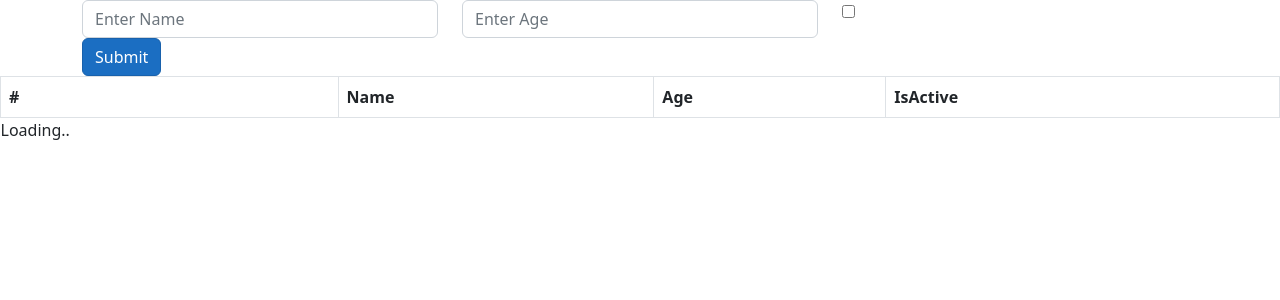
Repository: huiyyee/sample-crud
Page: / (app in sample-crud/ClientApp/)
These files come from the project's save history. The page is drawn as it stood at one moment and after the next save; the edit follows.
The browser window is 1280 px wide. The pictures show the whole page.
The page's requests for data from a server got no answer. The project was rebuilt for these pictures with package versions that can differ from the ones it lists, and the page was loaded fresh each time. No one was signed in, and anything a server would have sent is missing.

Above is the page before, as saved 2024-09-06 15:26:36.

After the next save:
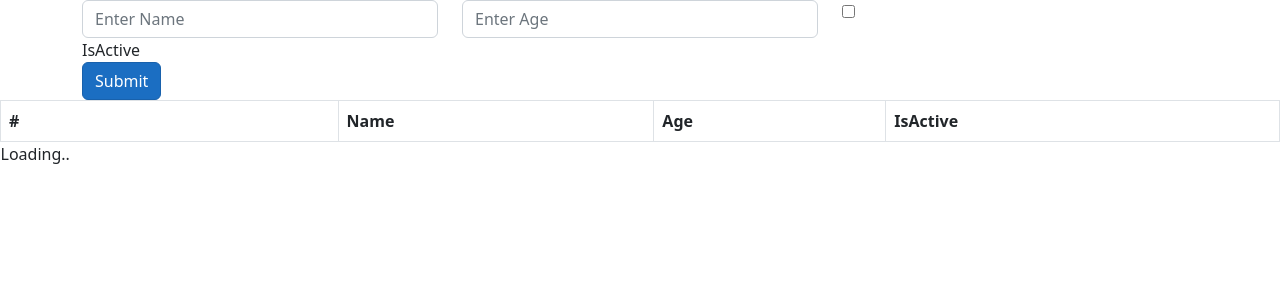
Saved 6 s later.
--- a/sample-crud/ClientApp/src/CRUD.js
+++ b/sample-crud/ClientApp/src/CRUD.js
@@ -83,7 +83,7 @@ const CRUD = () => {
 						checked={isActive==1? true:false}
 						onChange={(e)=> setIsActive(e)} value={isActive}/>
 					</Col>
-					<label></label>
+					<label>IsActive</label>
 					<Col>
 						<button className="btn btn-primary">Submit</button>
 					</Col>
